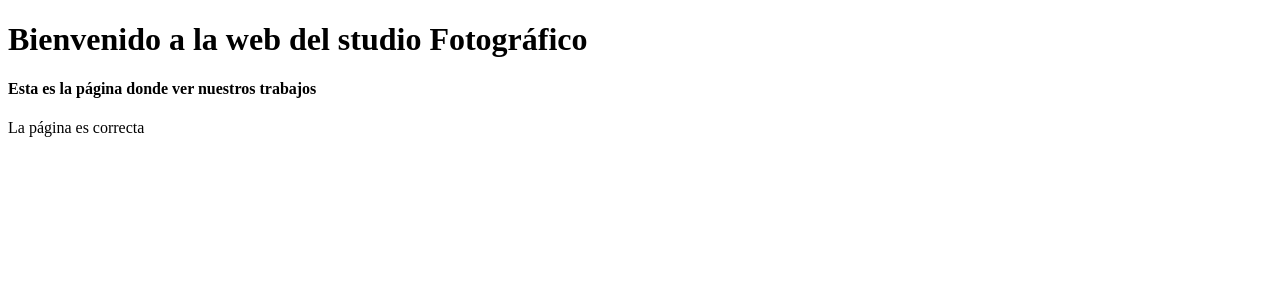
Repository: aguerrerocabrera/PruebaOK
Page: index.html
The author's editor kept a copy of each file at every save. The page is drawn from the files as they stood at one save, then again after the next save.
The browser window is 1280 px wide. The pictures show the whole page.

Above is the page before, as saved 2022-10-31 22:49:01.

### index.html
<!DOCTYPE html>
<html>
    <head>
        <title>Estudio Fotografico Fotocol2000</title>
    </head>
    <body>
        <h1>Bienvenido a la web del studio Fotográfico</h1>
        <h4>Esta es la página donde ver nuestros trabajos</h4>
        <p> La página es correcta</p>
    </body>
</html>

After the next save:
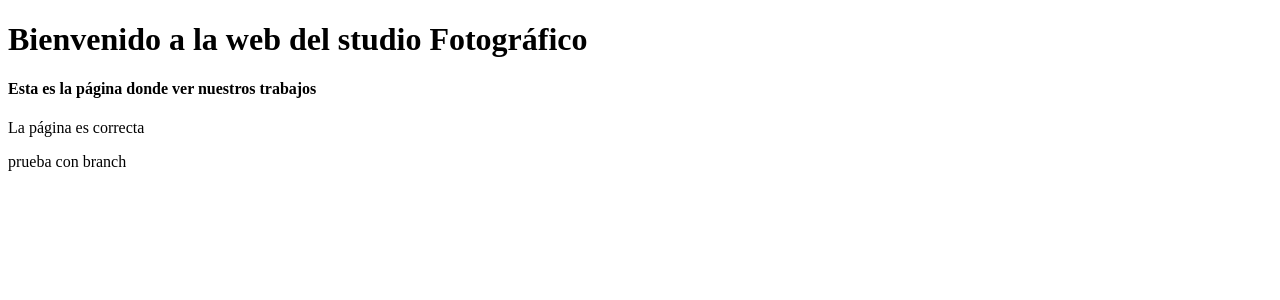
Saved 29 min 0 s later.
--- a/index.html
+++ b/index.html
@@ -7,5 +7,6 @@
         <h1>Bienvenido a la web del studio Fotográfico</h1>
         <h4>Esta es la página donde ver nuestros trabajos</h4>
         <p> La página es correcta</p>
+        <p>prueba con branch</p>
     </body>
 </html>
